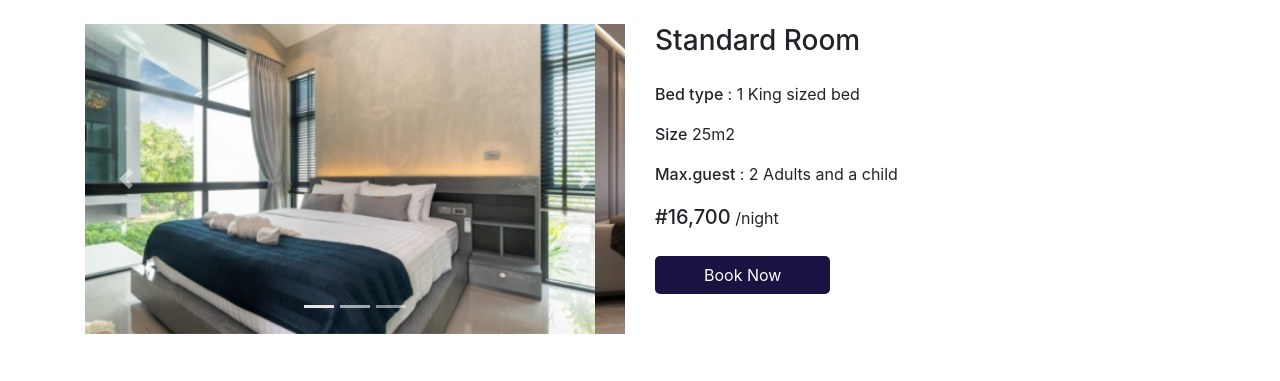
Repository: Syfon01/hotel-website
Page: room.html
The author's editor kept a copy of each file at every save. The page is drawn from the files as they stood at one save, then again after a run of saves.
The browser window is 1280 px wide. The pictures show the whole page.

Above is the page before, as saved 2020-06-08 15:39:56.

After the next 2 saves:
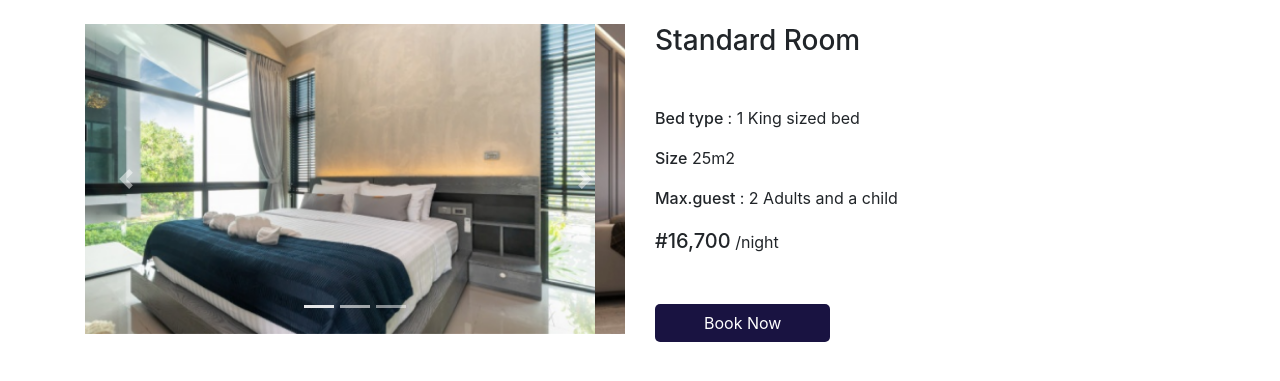
The 2 saves are shown as one change because they came seconds apart.
The last was saved 55 s later.
--- a/room.html
+++ b/room.html
@@ -42,11 +42,11 @@
             </div>
           </div>
           <div class="col-md-6 col-lg-6 col-12 col-sm-12">
-            <h3 class="text-purple mb-4">Standard Room</h3>
+            <h3 class="text-purple mb-5">Standard Room</h3>
             <p class="text-purple"><span class="p-font-weight">Bed type </span>: 1 King sized bed</p>
             <p class="text-purple"><span class="p-font-weight">Size</span> 25m2</p>
             <p class="text-purple"><span class="p-font-weight">Max.guest </span>: 2 Adults and a child</p>
-            <p class="text-purple mb-4"><span class="p-font-weight p-20">#16,700</span> /night</p>
+            <p class="text-purple mb-5"><span class="p-font-weight p-20">#16,700</span> /night</p>
             <button class="btn btn-purple px-5">Book Now</button>
           </div>
         </div>
